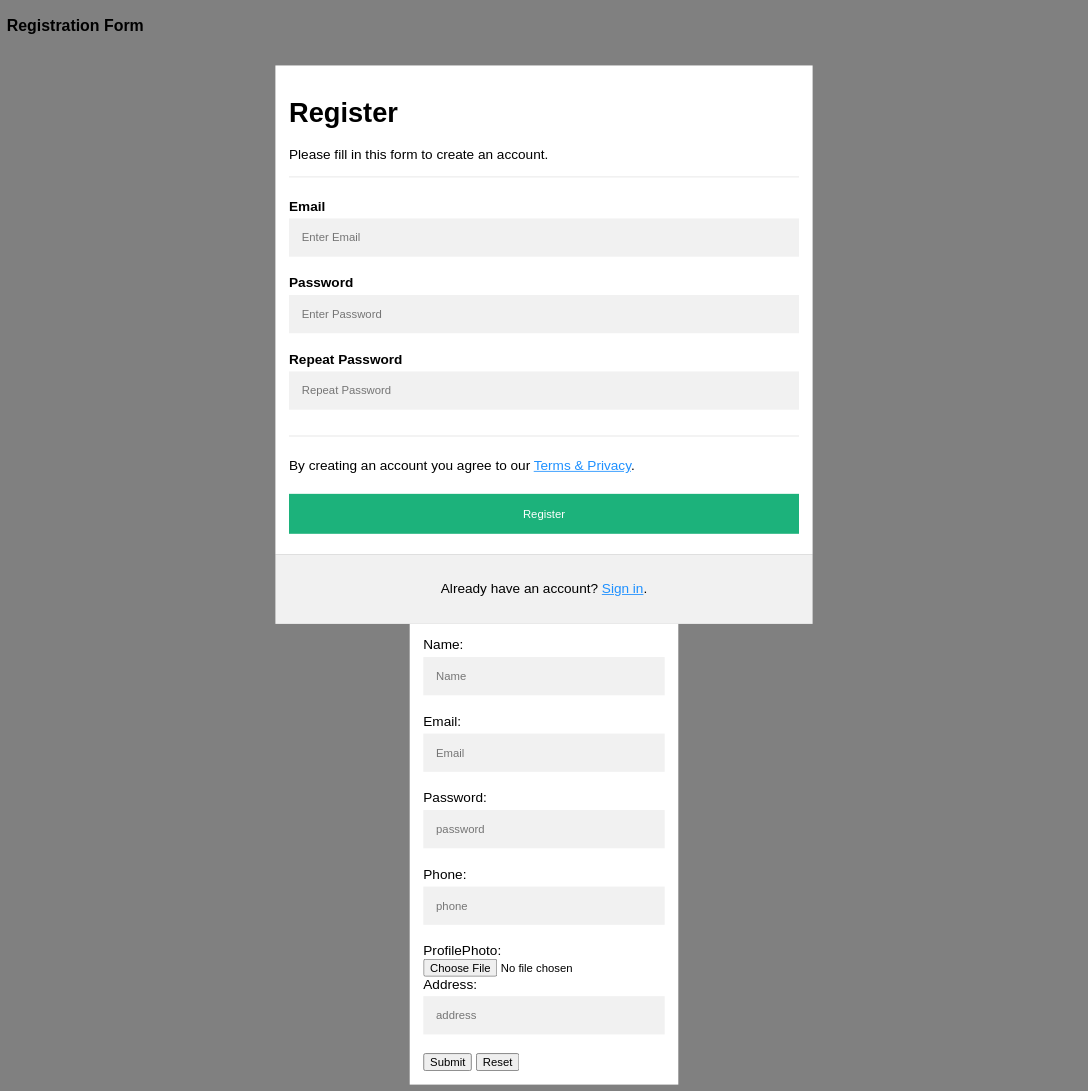
Repository: hemanthchallacs/learning_spring_boot
Page: http://localhost/RegistrationForm
These files come from the project's save history. The page is drawn as it stood at one moment and after the next save; the edit follows.
The browser window is 1280 px wide. The pictures show the whole page, at 85% of full size.
The page is this project's Thymeleaf template; nobody is signed in. The template is opened directly, without the code that normally fills it, so the values that code supplies are empty.

Above is the page before, as saved 2021-07-12 17:01:41.

### ver1_elearning/src/main/resources/templates/RegistrationForm.html
<!DOCTYPE html>
<html xmlns:th ="http://www.thymeleaf.org">
<head>
<meta charset="ISO-8859-1">
<title>Registration from</title>
<style>
div {

  height: 50%;
  width: 50%;



	margin: auto;
}
body {
  font-family: Arial, Helvetica, sans-serif;
  background-color: gray;
}

* {
  box-sizing: border-box;
}

/* Add padding to containers */
.container {
  padding: 16px;
  background-color: white;
}

/* Full-width input fields */
input[type=text], input[type=password] {
  width: 100%;
  padding: 15px;
  margin: 5px 0 22px 0;
  display: inline-block;
  border: none;
  background: #f1f1f1;
}

input[type=text]:focus, input[type=password]:focus {
  background-color: #ddd;
  outline: none;
}

/* Overwrite default styles of hr */
hr {
  border: 1px solid #f1f1f1;
  margin-bottom: 25px;
}

/* Set a style for the submit button */
.registerbtn {
  background-color: #04AA6D;
  color: white;
  padding: 16px 20px;
  margin: 8px 0;
  border: none;
  cursor: pointer;
  width: 100%;
  opacity: 0.9;
}

.registerbtn:hover {
  opacity: 1;
}

/* Add a blue text color to links */
a {
  color: dodgerblue;
}

/* Set a grey background color and center the text of the "sign in" section */
.signin {
  background-color: #f1f1f1;
  text-align: center;
}
</style>
</head>
<body>
<h3>Registration Form</h3>
<br>


<form action="/action_page.php">
  <div class="container">
    <h1>Register</h1>
    <p>Please fill in this form to create an account.</p>
    <hr>

    <label for="email"><b>Email</b></label>
    <input type="text" placeholder="Enter Email" name="email" id="email" required>

    <label for="psw"><b>Password</b></label>
    <input type="password" placeholder="Enter Password" name="psw" id="psw" required>

    <label for="psw-repeat"><b>Repeat Password</b></label>
    <input type="password" placeholder="Repeat Password" name="psw-repeat" id="psw-repeat" required>
    <hr>
    <p>By creating an account you agree to our <a href="#">Terms & Privacy</a>.</p>

    <button type="submit" class="registerbtn">Register</button>
  </div>

  <div class="container signin">
    <p>Already have an account? <a href="#">Sign in</a>.</p>
  </div>
</form>

<div>


<form th:action=@{/registerUser}  th:object=${newuser}  method="post" enctype="multipart/form-data">
<!--  UserID:<input type="text" placeholder= "UserID" th:field=*{user_id}>-->
  <div class="container">
Name:<input type="text" placeholder= "Name" th:field=*{name}>
Email:<input type="text" placeholder= "Email" th:field=*{email}>
Password:<input type="password" placeholder= "password" th:field=*{password}>
Phone:<input type="text" placeholder= "phone" th:field=*{phone_no}>
ProfilePhoto:
<input type="file" accept="image/*"name="image">
<br>
Address:<input type="text" placeholder= "address" th:field=*{address}>

<input type="submit" name="Register">
<input type="reset" name= "Reset">
</div>


</form>

</div>
</body>
</html>

After the next save:
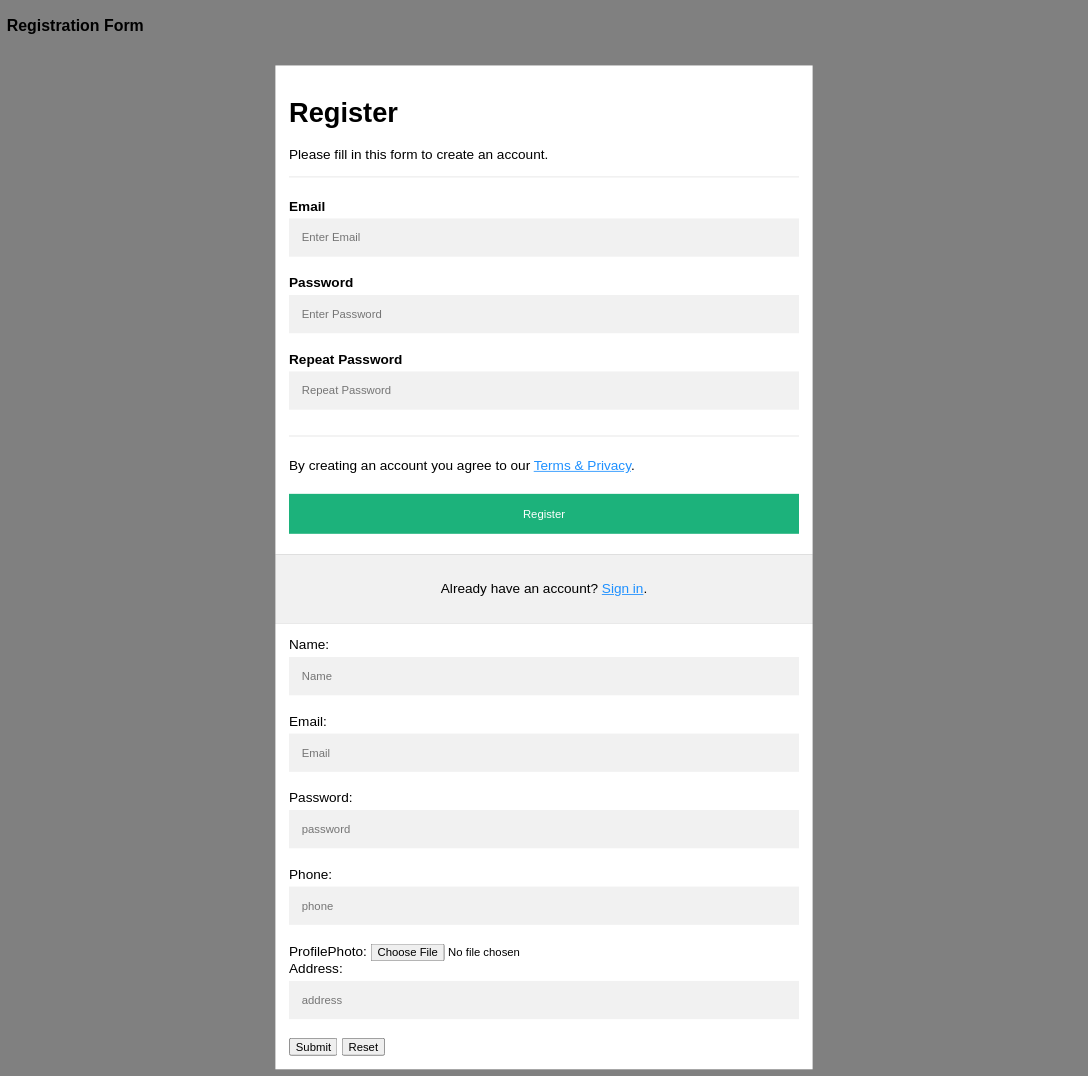
Saved 103 s later.
--- a/ver1_elearning/src/main/resources/templates/RegistrationForm.html
+++ b/ver1_elearning/src/main/resources/templates/RegistrationForm.html
@@ -107,7 +107,7 @@ a {
   </div>
 </form>
 
-<div>
+
 
 
 <form th:action=@{/registerUser}  th:object=${newuser}  method="post" enctype="multipart/form-data">
@@ -129,6 +129,6 @@ Address:<input type="text" placeholder= "address" th:field=*{address}>
 
 </form>
 
-</div>
+
 </body>
 </html>
